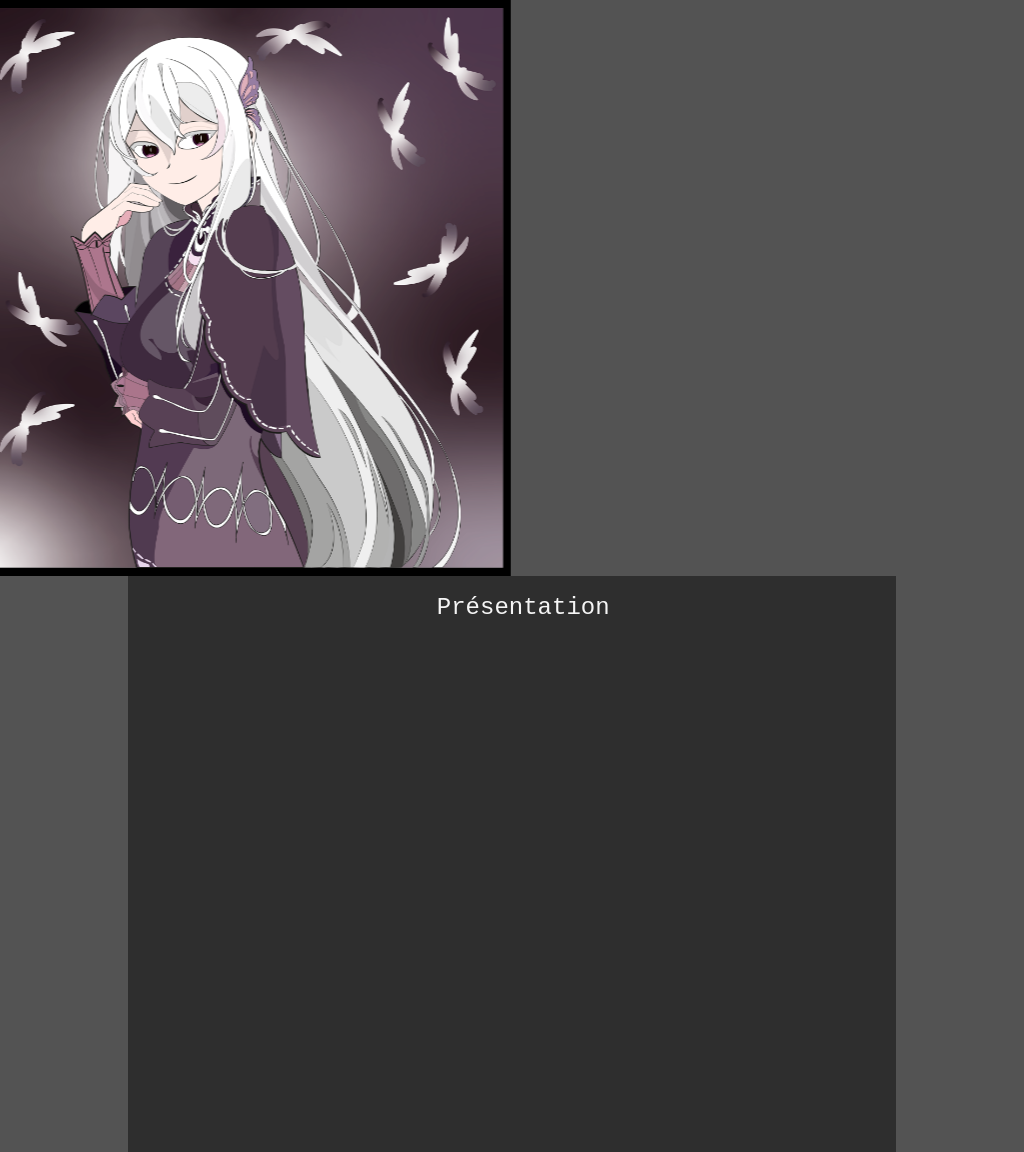
Repository: Mini-T/portfolio
Page: cv.html
The author's editor kept a copy of each file at every save. The page is drawn from the files as they stood at one save, then again after the next save.
The browser window is 1280 px wide. The pictures show the whole page, at 80% of full size.
After loading, the first visible `#btnpresentation` was clicked once.

Above is the page before, as saved 2021-10-05 16:20:27.

After the next save:
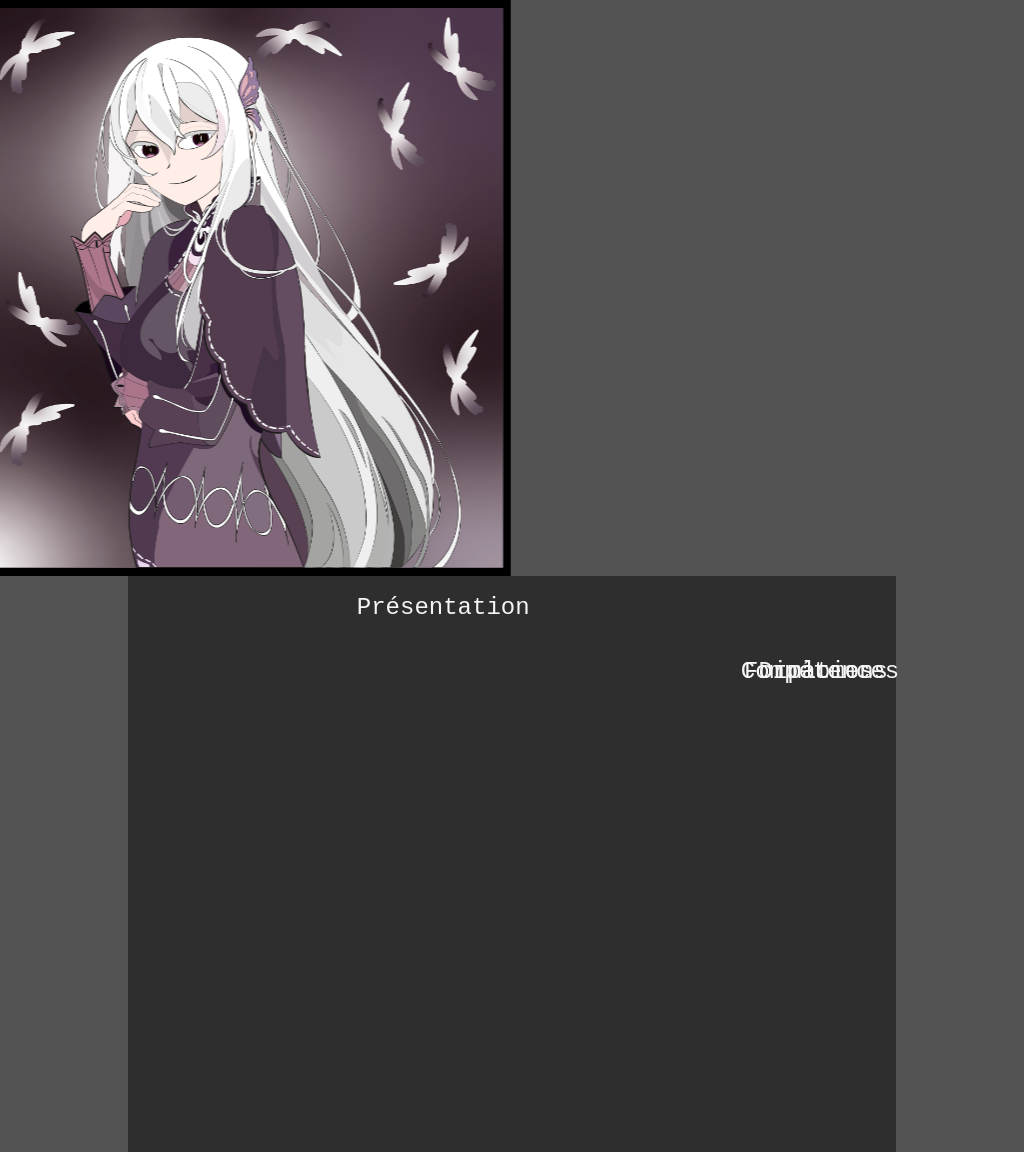
Console error: TypeError: Cannot read properties of undefined (reading 'getElementById')
Saved 24 s later.
--- a/cv.js
+++ b/cv.js
@@ -14,7 +14,7 @@
 button1.addEventListener("click", () =>{
     nav.classList.remove('nav');
     nav.classList.add('navpresentationfocus');
-
+    document.getElementById('btnpresentation').
     document.getElementById('btnskill').classList.add('hidden');
     document.getElementById('btnformation').classList.add('hidden');
     document.getElementById('btndiplomes').classList.add('hidden')

After the save that followed:
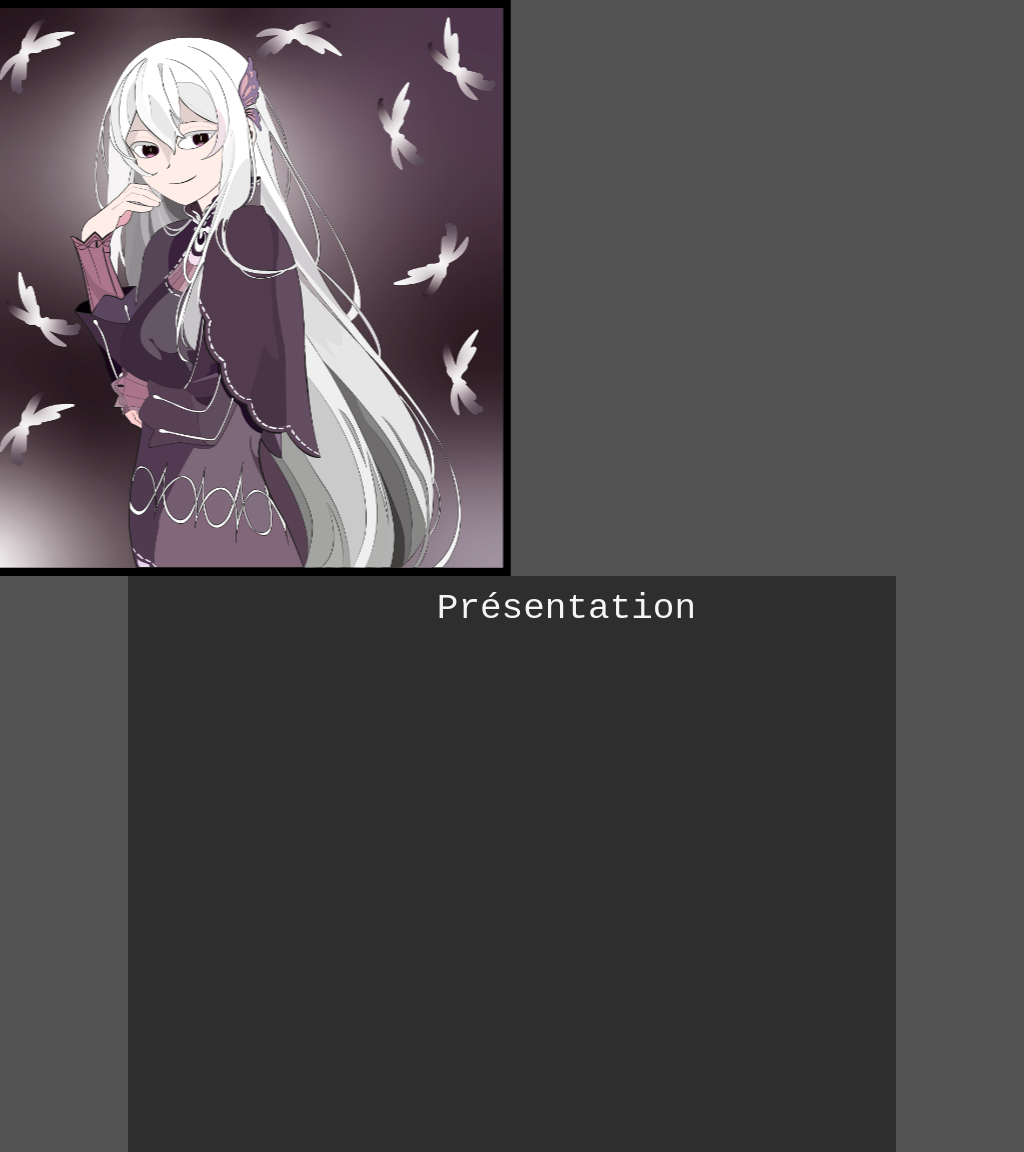
The error is gone.
Saved 6 s later.
--- a/cv.js
+++ b/cv.js
@@ -14,7 +14,7 @@
 button1.addEventListener("click", () =>{
     nav.classList.remove('nav');
     nav.classList.add('navpresentationfocus');
-    document.getElementById('btnpresentation').
+    document.getElementById('btnpresentation').classList.add('zoom')
     document.getElementById('btnskill').classList.add('hidden');
     document.getElementById('btnformation').classList.add('hidden');
     document.getElementById('btndiplomes').classList.add('hidden')
